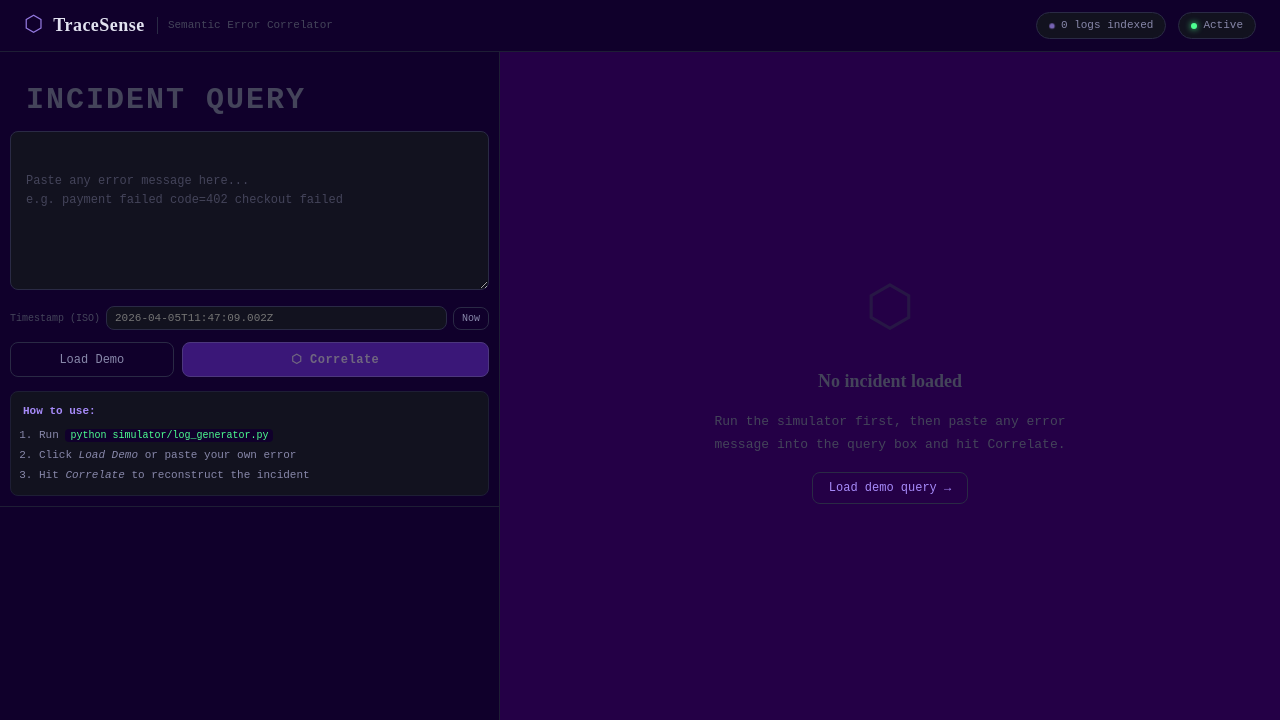
Repository: SaranyaM15/AI_Engineer_Journey
Page: / (app in tracesense/frontend/)
An editor plug-in stored every save of this project. The page is shown before and after the next save, followed by the edit.
The browser window is 1280 px wide. The pictures show the whole page.
The page's requests for data from a server got no answer. Some web fonts or font styles are not loaded; a fallback is used. The project was rebuilt for these pictures with package versions that can differ from the ones it lists, and the page was loaded fresh each time. No one was signed in, and anything a server would have sent is missing. Also part of the build but not shown: tracesense/frontend/vite.config.js, tracesense/frontend/src/components/Timeline.jsx, tracesense/frontend/src/components/LogFeed.jsx.

Above is the page before, as saved 2026-04-05 18:58:45.

After the next save:
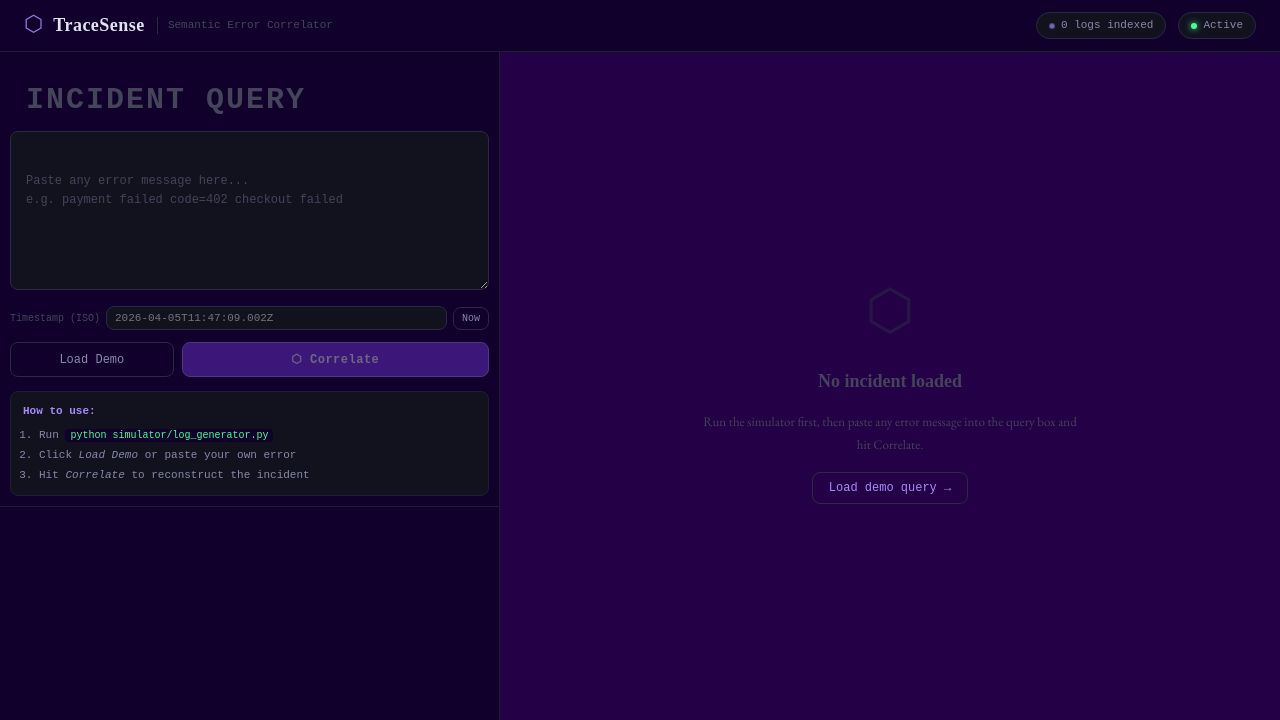
Saved 58 s later.
--- a/tracesense/frontend/src/App.css
+++ b/tracesense/frontend/src/App.css
@@ -1,5 +1,5 @@
 @import url('https://fonts.googleapis.com/css2?family=Boldonse&family=JetBrains+Mono:wght@400;500;700&display=swap');
-
+@import url('https://fonts.googleapis.com/css2?family=Boldonse&family=EB+Garamond:wght@400;500;700&family=JetBrains+Mono:wght@400;500;700&display=swap');
 /* ── Variables ── */
 :root {
   --bg:         #240046;
